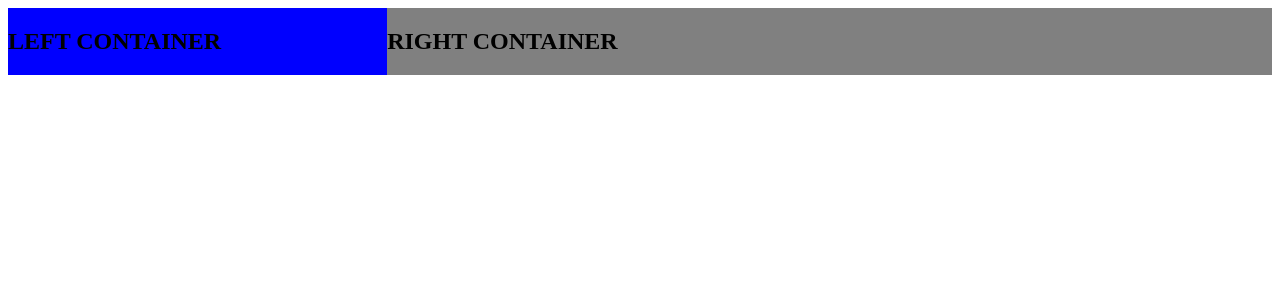
Repository: arindamslt/JEECoding
Page: JEE_FRONTEND/src/main/webapp/10Nav.html
An editor plug-in stored every save of this project. The page is shown before and after the next save, followed by the edit.
The browser window is 1280 px wide. The pictures show the whole page.

Above is the page before, as saved 2025-07-15 14:28:57.

### JEE_FRONTEND/src/main/webapp/10Nav.html
<!DOCTYPE html>
<html>
<head>
<meta charset="ISO-8859-1">
<title>NAV </title>
<link rel="stylesheet" href="Nav.css"/>
</head>
<body>
<div id="mnConatiner">

	<div id="lftContainer">
		<h2>LEFT CONTAINER</h2>
	</div>
	<div id="rghtContainer">
		<h2>RIGHT CONTAINER</h2>
	</div>
</div>
</body>
</html>

### JEE_FRONTEND/src/main/webapp/Nav.css
#mnConatiner{
	/*background-color: red;*/
	display: flex;
}
#lftContainer{
	background-color: blue;
	width: 30%;
}
#rghtContainer{
	background-color: gray;
	width:70%;
}

After the next save:
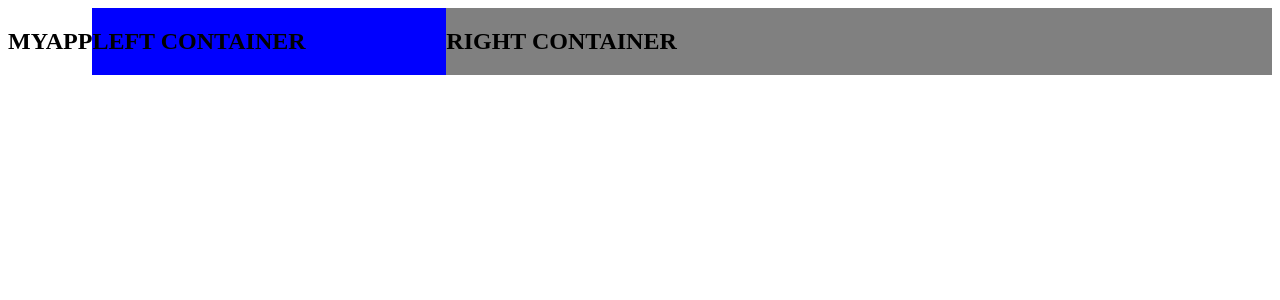
Saved 35 s later.
--- a/JEE_FRONTEND/src/main/webapp/10Nav.html
+++ b/JEE_FRONTEND/src/main/webapp/10Nav.html
@@ -7,7 +7,7 @@
 </head>
 <body>
 <div id="mnConatiner">
-
+	<h2>MYAPP</h2>
 	<div id="lftContainer">
 		<h2>LEFT CONTAINER</h2>
 	</div>
